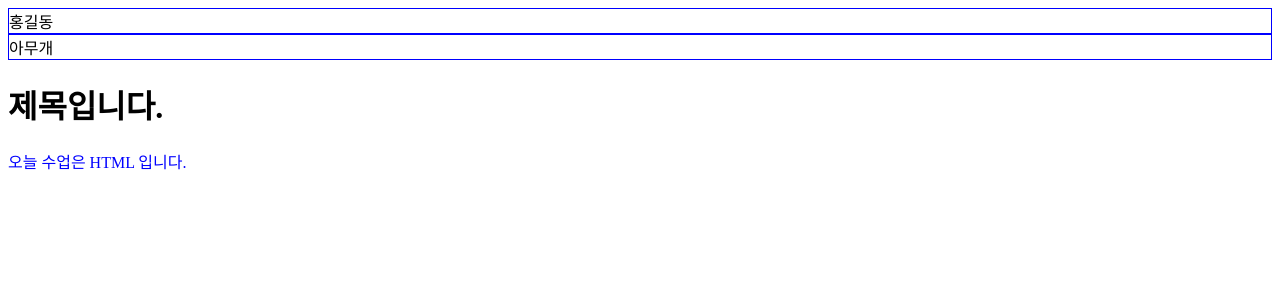
Repository: kmd192kmd/Web
Page: html/HtmlTest/src/main/webapp/ex03.html
These files come from the project's save history. The page is drawn as it stood at one moment and after the next save; the edit follows.
The browser window is 1280 px wide. The pictures show the whole page.

Above is the page before, as saved 2026-02-12 06:19:25.

### html/HtmlTest/src/main/webapp/ex03.html
<!DOCTYPE html>
<html>
<head>
<meta charset="UTF-8">
<title>Insert title here</title>
<style>
	div {border : 1px solid blue;}
</style>
</head>
<body>

	<!--

		HTML 수업 = XML 수업 > ML 언어

		HTML 구성 요소

		1. 태그(Tag), 요소(Element)
		2. 특성(Attribute)
		3. 텍스트(PCDATA)
		4. 주석(Comment)
		--------------------------------
		5. 선언문(Declaration)
		6. 엔티티(Entity)
		7. 외부 요소
		8. 등등..


		1. 태그(Tag), 요소(Element)
		- 명령어를 <>로 묶어 놓은 요소
		- HTML 문서에서 골격(뼈대)을 만드는 역할(레이아웃 생성) a
		- 데이터를 화면에 출력하는 역할 b
		- 각 태그마다 역할 부여 > 출력되는 결과 or 기능 or 의미가 다르다.




		요구사항] 학생 정보를 저장할 파일을 생성하시오.
		- 이름, 나이, 주소
		a. student.txt > CSV = 구조(O) + 의미(X)
		b. student.xml > 구조(O) + 의미(O)


	 -->

	 <div>홍길동</div>
	 <div>아무개</div>

	 <h1> 제목입니다.</h1>

	 <font color="blue" face="궁서체" title="오늜 수업 내용">오늘 수업은 HTML 입니다.</font>

</body>
</html>

After the next save:
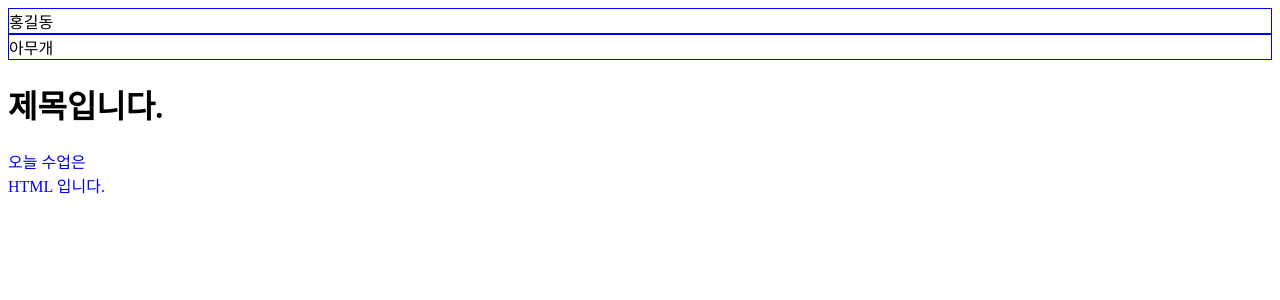
Saved 5 s later.
--- a/html/HtmlTest/src/main/webapp/ex03.html
+++ b/html/HtmlTest/src/main/webapp/ex03.html
@@ -48,7 +48,7 @@
 
 	 <h1> 제목입니다.</h1>
 
-	 <font color="blue" face="궁서체" title="오늜 수업 내용">오늘 수업은 HTML 입니다.</font>
+	 <font color="blue" face="궁서체" title="오늜 수업 내용">오늘 수업은 <br> HTML 입니다.</font>
 
 </body>
 </html>
